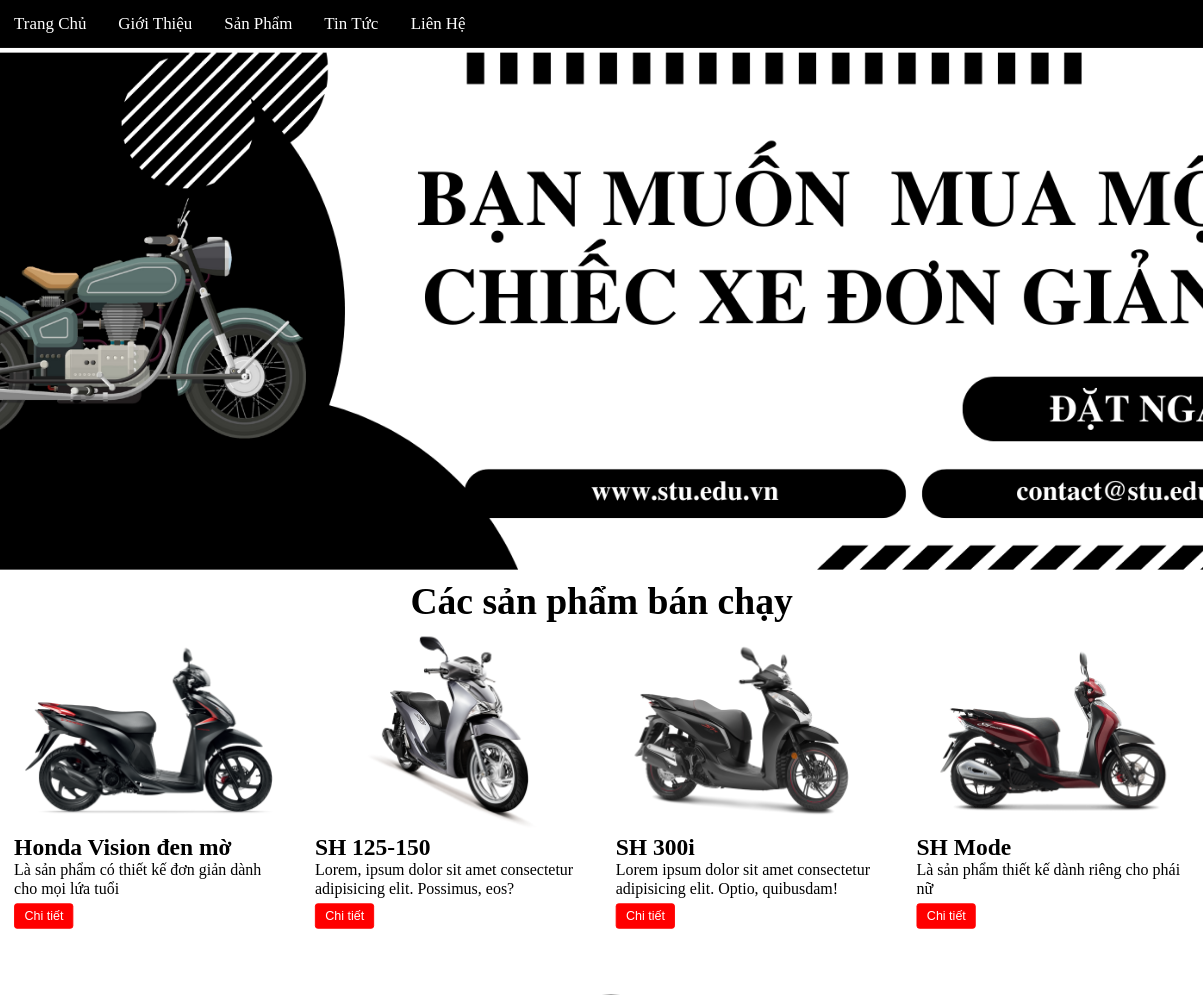
Repository: TienVo17/xemay
Page: index.html
These files come from the project's save history. The page is drawn as it stood at one moment and after the next save; the edit follows.
The browser window is 1280 px wide. The pictures show the part of the page from y = 0 to 1058 px (the page is 1799 px tall), at 94% of full size.
Pictures or frames that could not be fetched are drawn as grey boxes.

Above is the page before, as saved 2022-11-20 13:02:35.

After the next save:
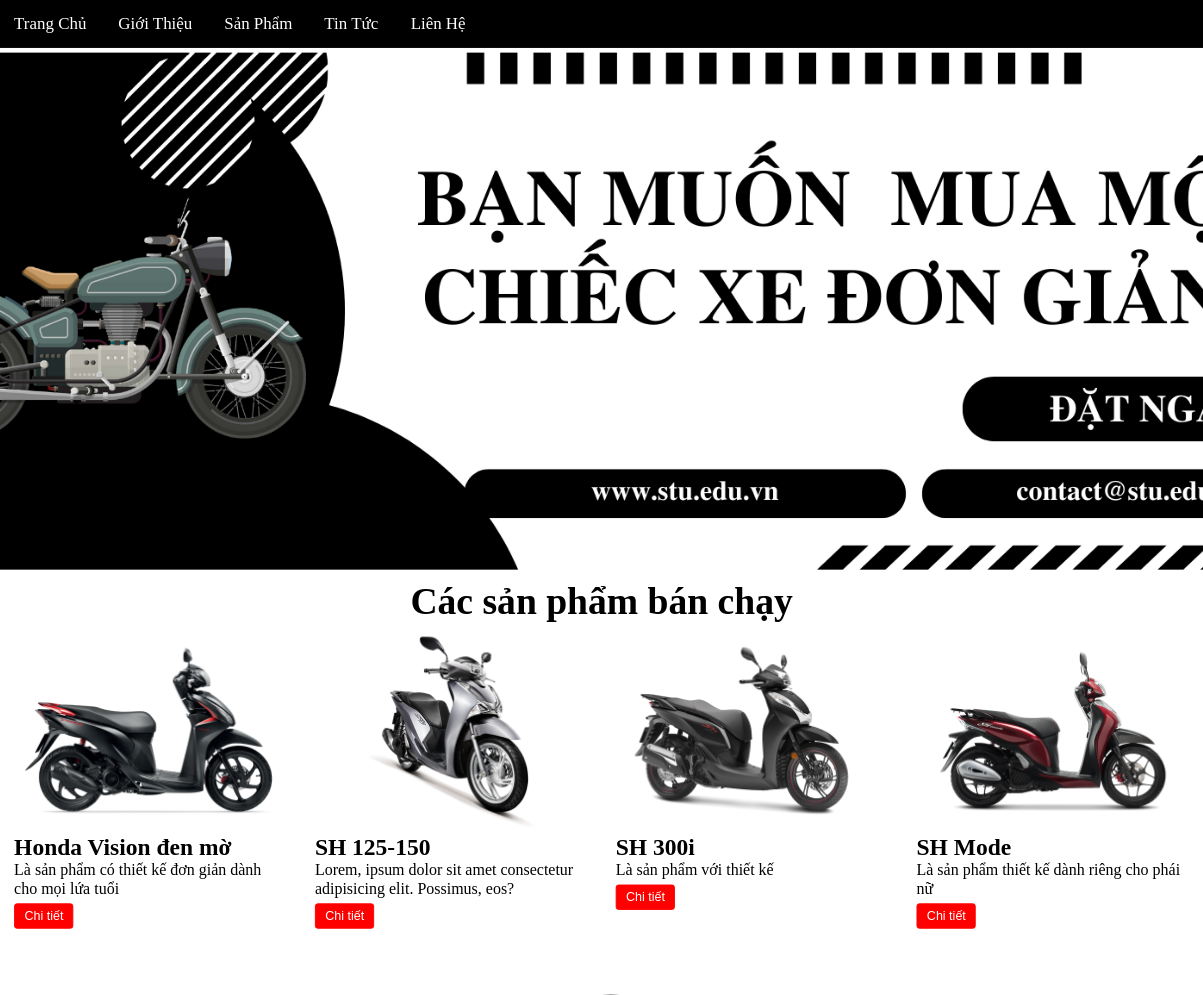
Saved 15 s later.
--- a/index.html
+++ b/index.html
@@ -50,7 +50,7 @@
             <div class="products__item">
                 <img src="./img/SH_300_Xam_Den.png" alt="sp003">
                 <h3>SH 300i</h3>
-                <p>Lorem ipsum dolor sit amet consectetur adipisicing elit. Optio, quibusdam!</p>
+                <p>Là sản phẩm với thiết kế </p>
                 <button>Chi tiết</button>
             </div>
             <div class="products__item">
